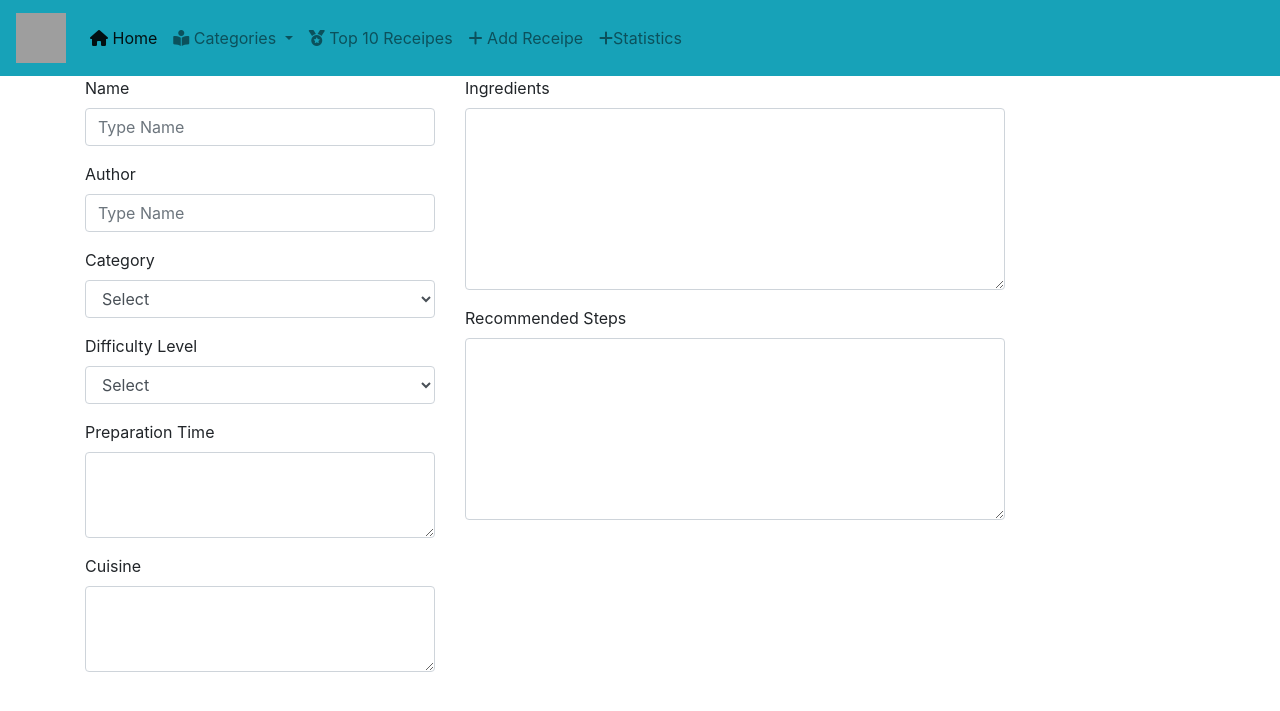
Repository: toderas/Flask-Cook-Book
Page: templates/addrecipe.html
The author's editor kept a record of every edit. The page is drawn from the files as they stood at one moment, then again after the next edit.
The browser window is 1280 px wide. The pictures show the whole page.
Pictures or frames that could not be fetched are drawn as grey boxes. Some web libraries are served in a nearby version. The page is served by the project's application, run on Flask 3 (cookbook.py). The template is opened directly, without the code that normally fills it, so the values that code supplies are empty.

Above is the page before.

### templates/addrecipe.html
{% extends 'home.html'%} {% block content %}
<div class="container">
  <form action="{{url_for('insert_recipe')}}" method="POST">
    <div class="row">
      <div class="col-12 col-md-4">
        <div class="form-group">
          <label for="Name">Name</label>
          <input type="text"  class="form-control" id="dish_name" name="dish_name" placeholder="Type Name" required>
        </div>
        <div class="form-group">
          <label for="Author">Author</label>
          <input type="text" class="form-control" id="dish_author" name="dish_author" placeholder="Type Name" required>
        </div>
        <div class="form-group">
          <label for="Category">Category</label>
          <select class="form-control" id="categories" name="category_name" required>
            <option value="" selected disabled>Select</option>
            {% for course in categories %}
              <option  value="{{course.category_name}}">{{course.category_name}}</option>
            {% endfor %}
          </select>
        </div>
        <div class="form-group">
          <label for="Difficulty Level">Difficulty Level</label>
          <select class="form-control" id="dish_required_skill" name="dish_required_skill" required>
      <option value="" selected disabled>Select</option>
      {% for required in skills %}
                      <option  value="{{required.skill_name}}">{{required.skill_name}}</option>
                  {% endfor %}
  </select>
        </div>
        <div class="form-group">
          <label for="Preparation time">Preparation Time</label>
          <textarea class="form-control" name="dish_prep_time" id="dish_prep_time" rows="3" required></textarea>
        </div>
        <div class="form-group">
          <label for="Cuisine">Cuisine</label>
          <textarea name="dish_origin_cuisine" class="form-control" id="dish_origin_cuisine" rows="3"></textarea>
        </div>
      </div>
      <div class="col-md-6">
        <div class="form-group">
          <label for="Ingredients">Ingredients</label>
          <textarea class="form-control" name="dish_ingredients" id="dish_ingredients" rows="7"></textarea>
        </div>
        <div class="form-group">
          <label for="Recommended Steps">Recommended Steps</label>
          <textarea class="form-control" name="dish_preparation_steps" id="dish_preparation_steps" rows="7"></textarea>
        </div>
       <!-- <button class="btn btn-primary" type="submit">Add Recipe</button>-->
      </div>
    </div>
  </form>
</div>


{% endblock %}

### templates/home.html
<!DOCTYPE html>
<html lang="en">

<head>
  <meta charset="UTF-8">
  <meta name="viewport" content="width=device-width, initial-scale=1.0">
  <meta http-equiv="X-UA-Compatible" content="ie=edge">
  <!--CSS-->
  <link rel="stylesheet" href="{{url_for('static', filename='css/style.css')}}" type="text/css" />
  <!--Bootstrap-->
  <link rel="stylesheet" href="https://stackpath.bootstrapcdn.com/bootstrap/4.1.3/css/bootstrap.min.css" integrity="sha384-MCw98/SFnGE8fJT3GXwEOngsV7Zt27NXFoaoApmYm81iuXoPkFOJwJ8ERdknLPMO" crossorigin="anonymous">

  <title>Document</title>
</head>

<body>
  <nav class="navbar navbar-expand-lg navbar-light bg-info">
    <a class="navbar-brand" href="{{url_for('recipes')}}"><img class="logo-image" alt="chef logo" src="https://encrypted-tbn0.gstatic.com/images?q=tbn:ANd9GcRTUhnKjobAOjmlVUzxfUoGj2VBu2mOXKPmnmZjkuTfKeNhWaxOfg"></img></a>
    <button class="navbar-toggler" type="button" data-toggle="collapse" data-target="#navbarNavDropdown" aria-controls="navbarNavDropdown" aria-expanded="false" aria-label="Toggle navigation">
    <span class="navbar-toggler-icon"></span>
  </button>
    <div class="collapse navbar-collapse" id="navbarNavDropdown">
      <ul class="navbar-nav">
        <li class="nav-item active">
          <a class="nav-link" href="{{url_for('recipes')}}"> <i class="fas fa-home"></i> Home <span class="sr-only">(current)</span></a>
        </li>
        <li class="nav-item dropdown">
          <a class="nav-link dropdown-toggle" href="#" id="navbarDropdownMenuLink" role="button" data-toggle="dropdown" aria-haspopup="true" aria-expanded="false">
           <i class="fas fa-book-reader"></i> Categories
        </a>
          <div class="dropdown-menu" aria-labelledby="navbarDropdownMenuLink">
            <a class="dropdown-item" href="{{url_for('aperitif')}}">Aperitifs</a>
            <a class="dropdown-item" href="{{url_for('starter')}}">Starters</a>
            <a class="dropdown-item" href="{{url_for('intermediate')}}">Intermediate</a>
            <a class="dropdown-item" href="{{url_for('main')}}">Mains</a>
            <a class="dropdown-item" href="{{url_for('dessert')}}">Desserts</a>
          </div>
        </li>
        <li class="nav-item">
          <a class="nav-link" href="{{url_for('top_ten')}}"> <i class="fas fa-medal"></i> Top 10 Receipes</a>
        </li>
        <li class="nav-item">
          <a class="nav-link" href="{{url_for('addrecipe')}}"><i class="fas fa-plus"></i> Add Receipe</a>
        </li>
        <li class="nav-item">
          <a class="nav-link" href="{{url_for('show_chart')}}"><i class="fas fa-plus"></i>Statistics</a>
        </li>
      </ul>
    </div>
  </nav>
  {% block content %} {% endblock %}

</body>
<!--Font Awesome-->
<script src="https://kit.fontawesome.com/9e425c7d13.js"></script>
<!--Bootstrap js-->
<script src="https://code.jquery.com/jquery-3.3.1.slim.min.js" integrity="sha384-q8i/X+965DzO0rT7abK41JStQIAqVgRVzpbzo5smXKp4YfRvH+8abtTE1Pi6jizo" crossorigin="anonymous"></script>
<script src="https://cdnjs.cloudflare.com/ajax/libs/popper.js/1.14.3/umd/popper.min.js" integrity="sha384-ZMP7rVo3mIykV+2+9J3UJ46jBk0WLaUAdn689aCwoqbBJiSnjAK/l8WvCWPIPm49" crossorigin="anonymous"></script>
<script src="https://stackpath.bootstrapcdn.com/bootstrap/4.1.3/js/bootstrap.min.js" integrity="sha384-ChfqqxuZUCnJSK3+MXmPNIyE6ZbWh2IMqE241rYiqJxyMiZ6OW/JmZQ5stwEULTy" crossorigin="anonymous"></script>

</html>

### cookbook.py
import os
from flask import Flask, render_template, redirect, request, url_for, request
from flask_pymongo import PyMongo
from bson.objectid import ObjectId

app=Flask(__name__)

app.config["MONGO_DBNAME"] = 'cook-book'
app.config["MONGO_URI"] = 'mongodb+srv://tode:1Martie1998@myfirstcluster-dxyoc.mongodb.net/cook-book?retryWrites=true&w=majority'

mongo = PyMongo(app)



@app.route("/")
def hello():
    return "Hello World!"



if __name__ == '__main__':
    app.run(host=os.environ.get('IP'),
            port=int(os.environ.get('PORT')),
            debug=True)

#if __name__ == '__main__':
  #  app.run(host='0.0.0.0', port=8080, debug=True)

### static/css/style.css
.logo-image {
    width: 50px;
    height: 50px;
}
.list-inline-item:not(:last-child) {
    margin: 0 !important;
}

After the next edit:
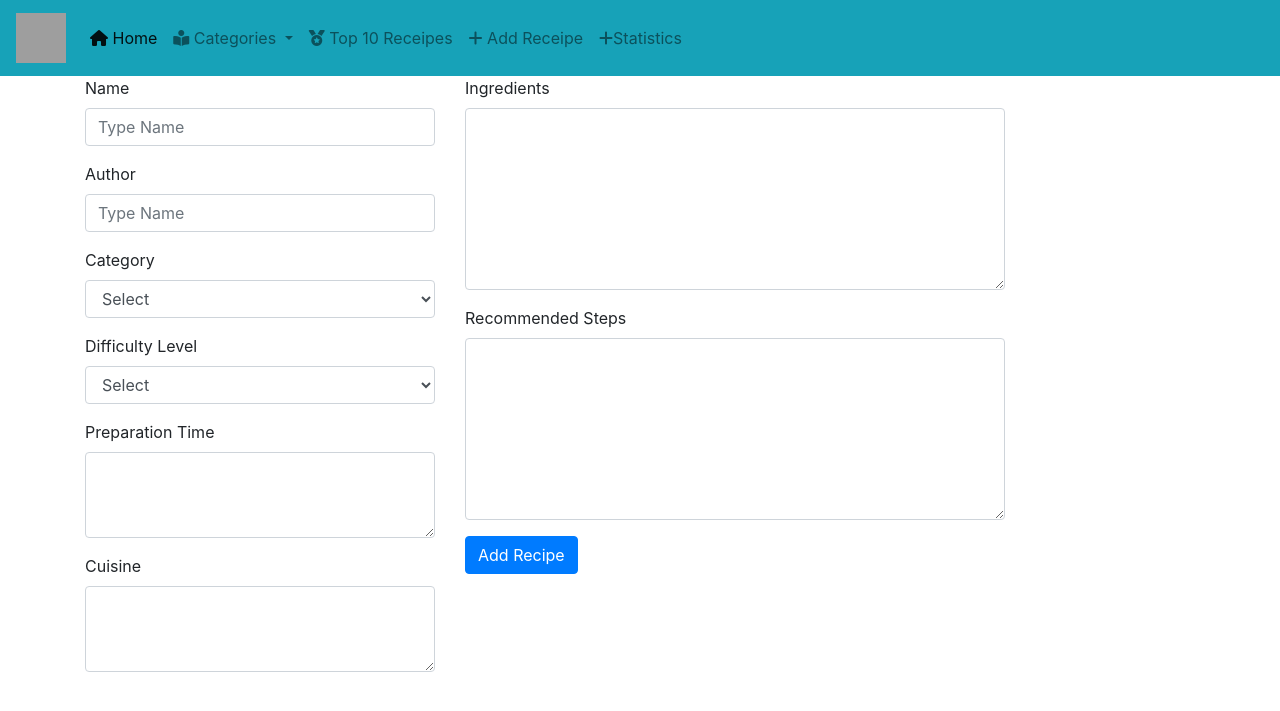
The edit:
--- a/templates/addrecipe.html
+++ b/templates/addrecipe.html
@@ -47,7 +47,7 @@
           <label for="Recommended Steps">Recommended Steps</label>
           <textarea class="form-control" name="dish_preparation_steps" id="dish_preparation_steps" rows="7"></textarea>
         </div>
-       <!-- <button class="btn btn-primary" type="submit">Add Recipe</button>-->
+       <button class="btn btn-primary" type="submit">Add Recipe</button>
       </div>
     </div>
   </form>
